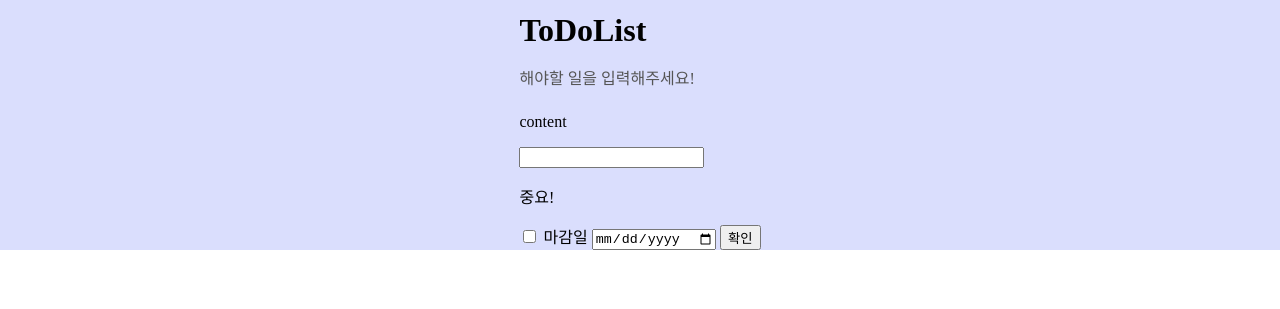
Repository: leesaereum/ToDoList
Page: http://localhost/ToDo/create.jsp
An editor plug-in stored every save of this project. The page is shown before and after the next save, followed by the edit.
The browser window is 1280 px wide. The pictures show the whole page.
The page is served by Tomcat 9. Other server files are loaded and not shown.

Above is the page before, as saved 2022-03-29 06:31:28.

### ToDo/src/main/webapp/create.jsp
<%@ page language="java" contentType="text/html; charset=UTF-8"
    pageEncoding="UTF-8"%>
<!DOCTYPE html>
<html>
<head>
<meta charset="UTF-8">
<style type="text/css">
<title>ToDoList작성</title>

html{
	height: 100%;
}
body{
	margin: 0;
	padding: 0;
	height: 100%;
}
.signIn__wrap{
	width: 100%;
	height: 100%;
	display:flex;
	justify-content: center;
	align-items: center;
	background-color: #DADEFD
}
.signIn__content{
	width: 280px;
	height: 400px;
	padding: 30px;
	background-color: white;
	border-radius: 16px;
}
.signIn__title{
	margin: 12px 0 16px;
}
.signIn__description{
	color: #555;
	margin: 0 0 24px;
}
.signIn__subTitle{
	font-size: 14px;
	font-weight: bold;
	margin: 4px 0;
}
.signIn__liner{
	margin-bottom: 16px;
}
.signIn__input{
	width: 280px;
	height: 40px;
	box-sizing: border-box;
	border-radius: 32px;
	border: 1px solid #aaa;
	padding: 8px 16px;
	line-height: 24px;
}
.signIn__submit{
	width: 280px;
	background-color:royalblue;
	color: white;
	height: 44px;
	margin: 24px 0;
	border-radius: 32px;
	cursor: pointer;
}
.signIn__info{
	margin: 0;
	font-size: 14px;
}
</style>
</head>
<body>
<div class="signIn__wrap">
<div class="signIn_content">
<h1 class="signIn__title">ToDoList</h1>
<p class="signIn__description">해야할 일을 입력해주세요!</p>
	<form action="create_list.do" method="get">
			<div class="signIn_liner">
			<p class="signIn_subTitle"> content </p>
			<input type="text" name="content">
			</div>
		<div class="signIn_liner">
		<p class="signIn_subTitle"> 중요! </p>
		<input type="checkbox" name="isImportant" value = "1">

			마감일
			<input type="date" name="finishDate">

			<td colspan="2"><input type="submit" value="확인">

</div>
</div>
	</form>



</body>
</html>

After the next save:
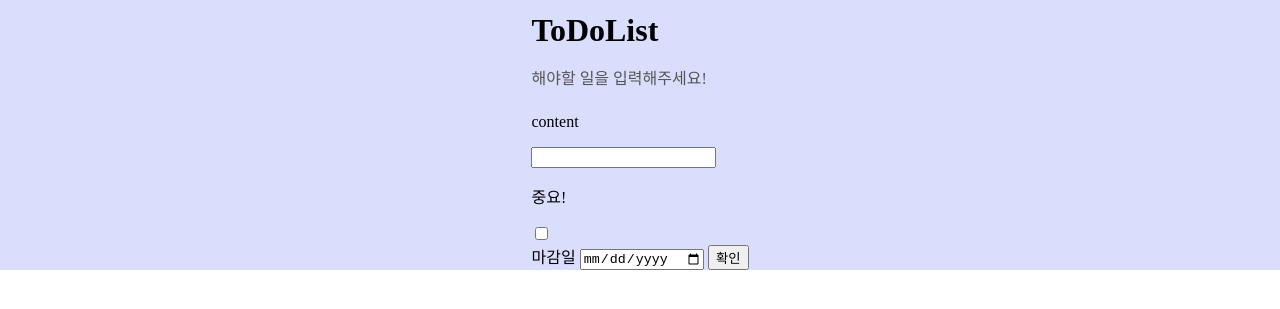
Saved 47 s later.
--- a/ToDo/src/main/webapp/create.jsp
+++ b/ToDo/src/main/webapp/create.jsp
@@ -82,15 +82,15 @@ body{
 		<div class="signIn_liner">
 		<p class="signIn_subTitle"> 중요! </p>
 		<input type="checkbox" name="isImportant" value = "1">
-
+		</div>
 			마감일
 			<input type="date" name="finishDate">
 
-			<td colspan="2"><input type="submit" value="확인">
-
+			<input type="submit" value="확인">
+		</form>
 </div>
 </div>
-	</form>
+
 
 
 
